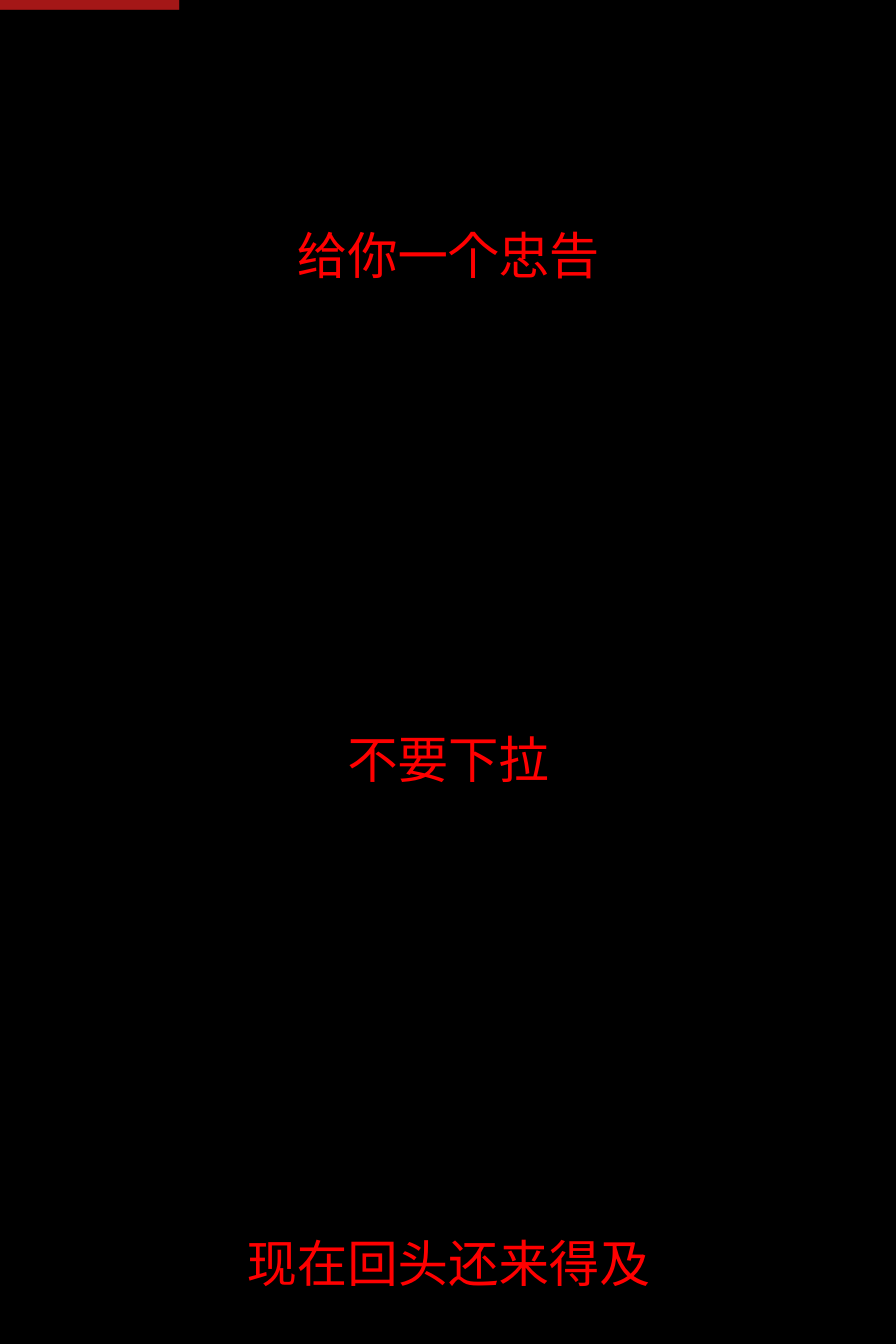
Repository: PUYIXIU/CSSMagic
Page: Animation/ScrollDrivenAnimation/index.html
These files come from the project's save history. The page is drawn as it stood at one moment and after the next save; the edit follows.
The browser window is 1280 px wide. The pictures show the part of the page from y = 0 to 1920 px (the page is 12960 px tall), at 70% of full size.
Some web fonts or font styles are not loaded; a fallback is used.

Above is the page before, as saved 2024-09-03 11:20:35.

### Animation/ScrollDrivenAnimation/index.html
<!DOCTYPE html>
<html lang="en">
<head>
    <meta charset="UTF-8">
    <meta name="viewport" content="width=device-width, initial-scale=1.0">
    <title>Document</title>
    <link rel="stylesheet" href="../../assets/styles/reset.css">
    <link rel="stylesheet" href="../../assets/styles/font.css">
    <style>
        body{
            position:relative;
            background-color: #000;
        }
        body::-webkit-scrollbar{
            /* width:0px; */
        }

        @keyframes progress-grow{
            0%{
                width:0%;
            }
            100%{
                width:100%;
            }
        }
        .progress-bar{
            height:2vmin;
            width:20%;
            background-color: rgb(164, 23, 23);
            position:fixed;
            top:0;
            left:0;
        }
        .kanban{
            height:100vh;
            width:100%;
            display: grid;
            place-items: center;
            font-size:10vmin;
            font-family:Xiang Cui;
            color:red;
        }
        @keyframes killer-show{
            0%{
                filter:hue-rotate(0deg);
                clip-path: inset(20% 45% 20% 45%);
            }
            100%{
                filter:hue-rotate(360deg);
                clip-path: inset(0% 0% 0% 0%);

            }
        }
        .kanban-img{
            width:100%;
            /* height:100vh; */
            height:60vh;
            object-fit: contain;
            animation: killer-show ease-in forwards;
            animation-timeline: view(0% 0%);
        }
        @keyframes word-color{
            0%{
                filter:hue-rotate(0deg);
            }
            100%{
                filter:hue-rotate(360deg);
            }
        }
        @keyframes word-shake{
            0%{
                transform: translate(-1px, -1px);
            }
            100%{
                transform: translate(1px, 1px);
            }
        }
        .kanban-word{
            transform: translateY(-100%);
            /* animation: word-color 1s linear infinite;    */
        }
        .kanban-word span{
            display: inline-block;
            animation: word-shake 0.1s linear infinite;
        }
        .kanban-word span:nth-child(1){animation-delay: 0.1s;}
        .kanban-word span:nth-child(2){animation-delay: 0.2s;}
        .kanban-word span:nth-child(3){animation-delay: 0.6s;}
        .kanban-word span:nth-child(4){animation-delay: 0.4s;}
        .kanban-word span:nth-child(5){animation-delay: 0.2s;}
    </style>
</head>
<body>
    <div class="progress-bar"></div>
    <div class="kanban">给你一个忠告</div>
    <div class="kanban">不要下拉</div>
    <div class="kanban">现在回头还来得及</div>
    <div class="kanban">不要下拉</div>
    <div class="kanban">你会为此付出代价的</div>
    <div class="kanban">不要下拉</div>
    <div class="kanban">快回去</div>
    <div class="kanban">快回去快回去快回去</div>
    <div class="kanban">快回去快回去快回去<br/>快回去快回去快回去</div>
    <div class="kanban">快回去快回去快回去<br/>快回去快回去快回去<br/>快回去快回去快回去<br/>快回去快回去快回去</div>
    <div class="kanban">。。。</div>
    <div class="kanban">。。。。。。</div>
    <div class="kanban">为什么不听劝呢</div>
    <div class="kanban">已经迟了</div>
    <div class="kanban">现在</div>
    <div class="kanban">我只能告诉你</div>
    <div class="kanban">千万别回头</div>
    <div class="kanban">
        <img class="kanban-img" src="../../assets/img/土耳其杀手哥.png" alt="">
        <div class="kanban-word">
            <span>你</span>
            <span>已</span>
            <span>经</span></span>
            <span>死</span></span>
            <span>了</span></span>
        </div>
    </div>
</body>
</html>

### assets/styles/reset.css
*{
    padding:0;
    margin:0;
}
a{
    text-decoration: none;
}

### assets/styles/font.css
@font-face{
    font-family: 'Xiang Cui';
    font-style: light;
    font-display: swap;
    src:url(../fonts/香萃打字机体\ W15.ttf);
}
@font-face{
    font-family: 'Xiang Cui';
    font-style: normal;
    font-display: swap;
    src:url(../fonts/香萃打字机体\ W35.ttf);
}
@font-face{
    font-family: 'Xiang Cui';
    font-style: bold;
    font-display: swap;
    src:url(../fonts/香萃打字机体\ W40.ttf);
}

After the next save:
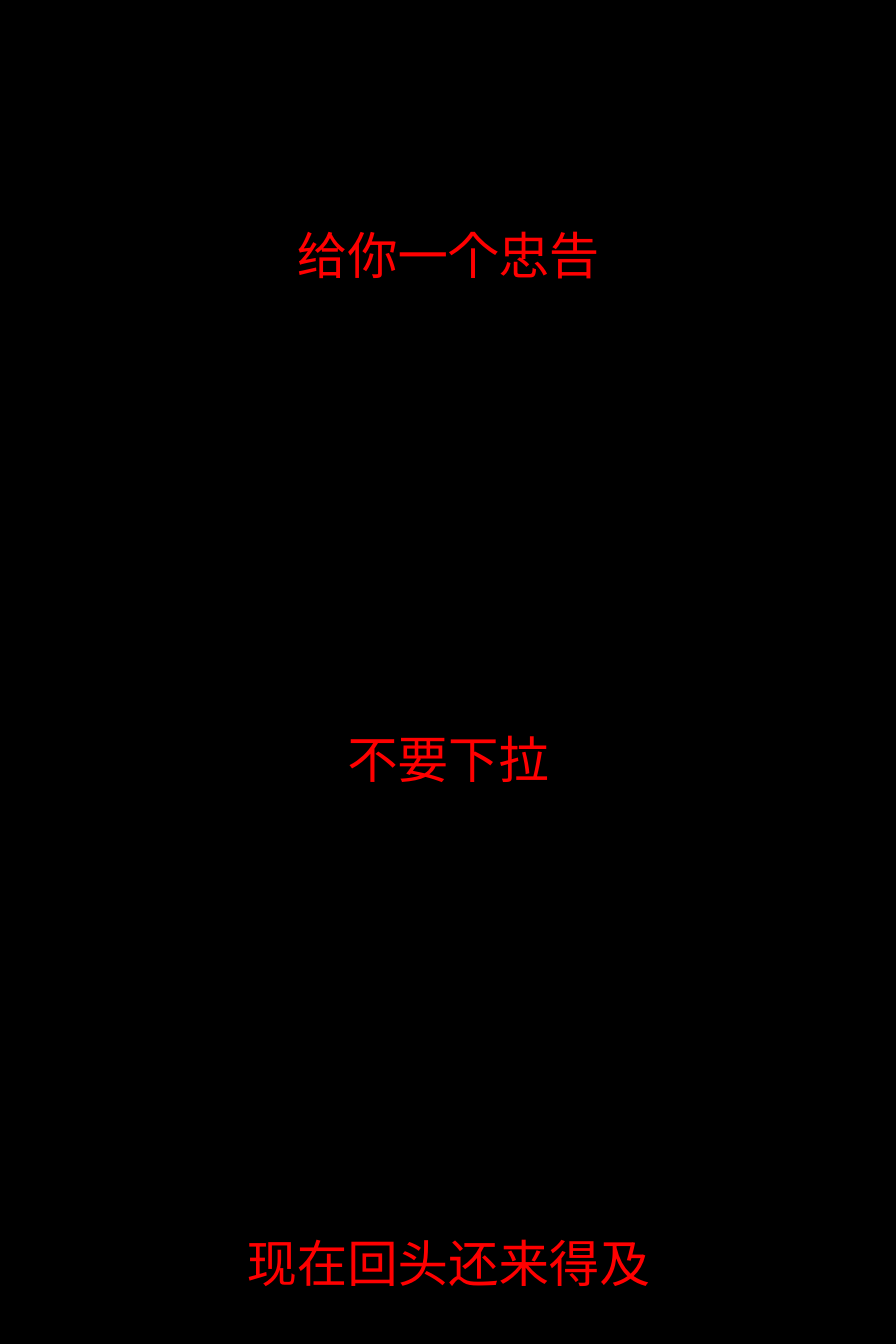
Saved 31 s later.
--- a/Animation/ScrollDrivenAnimation/index.html
+++ b/Animation/ScrollDrivenAnimation/index.html
@@ -30,6 +30,8 @@
             position:fixed;
             top:0;
             left:0;
+            animation:progress-grow forwards linear;
+            animation-timeline: scroll(root);
         }
         .kanban{
             height:100vh;
